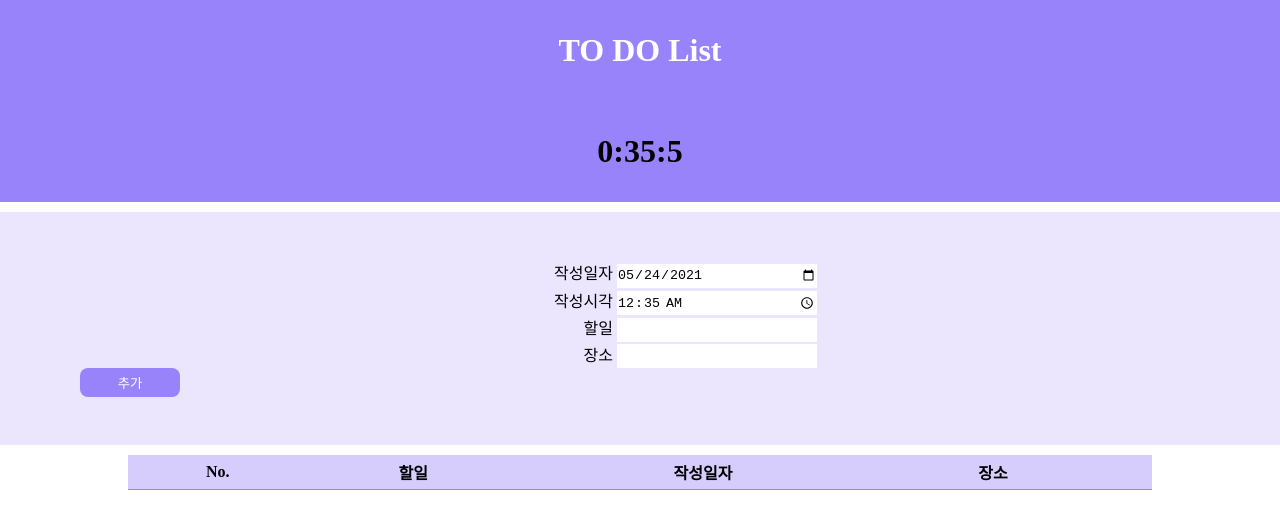
Repository: soyeon-noh/TodoList_Project
Page: http://localhost/Server_PR_TodoList/
An editor plug-in stored every save of this project. The page is shown before and after the next save, followed by the edit.
The browser window is 1280 px wide. The pictures show the whole page.
The page is served by Tomcat 9. Other server files are loaded and not shown. Queries for data that is not in the repository find no rows.

Above is the page before, as saved 2021-05-25 04:27:31.

### Server_PR_TodoList/src/main/webapp/WEB-INF/views/home.jsp
<%@ page language="java" contentType="text/html; charset=UTF-8"
    pageEncoding="UTF-8"%>
<%@ taglib uri="http://java.sun.com/jsp/jstl/core"
			prefix="c"%>
<c:set value="${pageContext.request.contextPath}"
		var="rootPath"/>
<!DOCTYPE html>
<html>
<head>
<meta charset="UTF-8">
<title>TODOList 메인화면</title>
<link href="${rootPath}/static/css/home.css?ver3" rel="stylesheet"/>

<style>

</style>


</head>
  <body>
  	<%@ include file="/WEB-INF/views/include_nav.jsp" %>
    <form class ="v1" method="POST">
    	<div>
    		<label for="date">작성일자</label>
    		<input name="td_date"
    				type="date" value="${TD.td_date}">
    	</div>

    	<div>
    		<label for="time">작성시각</label>
    		<input name="td_time"
    				type="time" value="${TD.td_time}">
    	</div>

    	<div>
    		<label for="todo">할일</label>
    		<input name="td_todo"
    				type="text" value="${TD.td_todo}">
    	</div>

    	<div>
    		<label for="place">장소</label>
    		<input name="td_place"
    				type="text" value="${TD.td_place}">
    	</div>
   		<button class="btn_insert">추가</button>
    </form>

    <table id="tdlist">
      <tr>
        <th>No.</th>
        <th>할일</th>
        <th>작성일자</th>
        <th>장소</th>
        <th></th>
      </tr>
      <c:forEach items="${TDLIST}" var="TD" varStatus="i">
        <tr>
          <td>${i.count}</td>
          <td>${TD.td_todo}</td>
          <td>${TD.td_date}</td>
          <td>${TD.td_place}</td>
          <td><button class="btn_update" data-seq="${TD.td_seq}" type="button">
          		수정</button>
          		<button class="btn_delete" data-seq="${TD.td_seq}" type="button">
          		삭제</button></td>
        </tr>
      </c:forEach>
    </table>
  </body>

  <script>
  // html 코드가 다 화면에 뜨고 나서 실행하라는 명렁
  // 아래 한 줄의 코드가 있어야 어디든디 script를 넣을 수 있다.
	document.addEventListener("DOMContentLoaded",function(){
		document.querySelector("table#tdlist")
		.addEventListener("click", function(ev){
			let className = ev.target.className

			if(className == "btn_delete"){

				let seq = ev.target.dataset.seq
				alert(seq + " 삭제가 완료되었습니다.");

				document
				.location
				.replace( "${rootPath}" +
						"/UD/delete?td_seq="
						+ seq )

			} else if(className == "btn_update"){

				let seq = ev.target.dataset.seq;

				document
				.location
				.href= "${rootPath}" +
						"/UD/update?td_seq="
						+ seq
			}

		})
	})
  </script>

</html>

### Server_PR_TodoList/src/main/webapp/WEB-INF/views/include_nav.jsp
<%@ page language="java" contentType="text/html; charset=UTF-8"
    pageEncoding="UTF-8"%>

<style>
	* {
		margin: 0;
		padding: 0;
		box-sizing: border-box;
	}

    h1.clock {
        color: black;
        text-align: center;
        background-color: rgba(153, 131, 250, 20);
        padding: 2rem;
    }

</style>
<h1>TO DO List</h1>
<h2 class="date"></h2>
<h1 class="clock"></h1>
<script>
	let date = document.querySelector(".date");

    function getDate(){
        const time = new Date();
        const year = time.getUTCFullYear();
        const month = time.getUTCMonth();
        const day = time.getUTCDay();
        date.textContent = year + "-" + month + "-" + day;
    }



	let clock = document.querySelector(".clock");

	function getTime() {
		  const time = new Date();
		  const hour = time.getHours();
		  const minutes = time.getMinutes();
		  const seconds = time.getSeconds();
		  clock.textContent = hour + ":" + minutes + ":" + seconds;


	}

	function init() {
	  setInterval(getTime, 1000);
	}

	init();
</script>

### Server_PR_TodoList/src/main/java/com/callor/todo/controller/HomeController.java
package com.callor.todo.controller;

import java.io.IOException;
import java.text.SimpleDateFormat;
import java.util.Date;
import java.util.List;

import javax.servlet.ServletException;
import javax.servlet.annotation.WebServlet;
import javax.servlet.http.HttpServlet;
import javax.servlet.http.HttpServletRequest;
import javax.servlet.http.HttpServletResponse;

import com.callor.todo.model.TodoListVO;
import com.callor.todo.service.TodoService;
import com.callor.todo.service.impl.TodoServiceImplV1;

@WebServlet("/")
public class HomeController extends HttpServlet{

	protected TodoService tdService;
	public HomeController() {
		tdService = new TodoServiceImplV1();
	}
	@Override
	protected void doGet(HttpServletRequest req, HttpServletResponse resp) throws ServletException, IOException {
		// TODO selectAll()
		List<TodoListVO> tdList = tdService.selectAll();
		req.setAttribute("TDLIST", tdList);

		// TODO insert()
		TodoListVO tdVO = new TodoListVO();

		// SimpleDateFormat : 날짜 및 시간을 형식화하고 구문 분석하는 메소드 제공
		SimpleDateFormat sd = new SimpleDateFormat("yyyy-MM-dd");
		SimpleDateFormat st = new SimpleDateFormat("HH:mm:ss");

		// 현재시간을 저장
		Date date = new Date(System.currentTimeMillis());

		// 현재 시간을 변환해 VO에 넣어준다
		tdVO.setTd_seq(0L);
		tdVO.setTd_date(sd.format(date));
		tdVO.setTd_time(st.format(date));

		req.setAttribute("TD", tdVO);

		// home.jsp 화면을 보여줘라
		RequestController.reqController(req, resp, "home");
	}
	@Override
	protected void doPost(HttpServletRequest req, HttpServletResponse resp) throws ServletException, IOException {
		// TODO insert()

		// 한글 인코딩 세팅
		req.setCharacterEncoding("UTF-8");

		// user가 입력한 data 확인
		String td_date = req.getParameter("td_date");
		String td_time = req.getParameter("td_time");
		String td_todo = req.getParameter("td_todo");
		String td_place = req.getParameter("td_place");

		TodoListVO tdVO = new TodoListVO();
		tdVO.setTd_date(td_date);
		tdVO.setTd_time(td_time);
		tdVO.setTd_todo(td_todo);
		tdVO.setTd_place(td_place);

		tdService.insert(tdVO);

		System.out.println("insert : " + tdVO);

		resp.sendRedirect("/todo");
	}

}

### Server_PR_TodoList/src/main/java/com/callor/todo/service/impl/TodoServiceImplV1.java
package com.callor.todo.service.impl;

import java.sql.Connection;
import java.sql.PreparedStatement;
import java.sql.ResultSet;
import java.sql.SQLException;
import java.util.ArrayList;
import java.util.List;

import com.callor.todo.config.DbInfo;
import com.callor.todo.config.MySQLConnection;
import com.callor.todo.model.TodoListVO;
import com.callor.todo.service.TodoService;

public class TodoServiceImplV1 implements TodoService{

	// 먼저 db와 연결
	protected Connection dbConn;

	public TodoServiceImplV1() {
		dbConn = MySQLConnection.getDBConnection();
	}


	protected List<TodoListVO> select(PreparedStatement pStr) throws SQLException{
		// TODO DB로부터 데이터를 받아와 List에 저장
		List<TodoListVO> tdList = new ArrayList<TodoListVO>();

		ResultSet rSet = pStr.executeQuery();
		while(rSet.next()) {
			TodoListVO tdVO = new TodoListVO();
			tdVO.setTd_seq(rSet.getLong(DbInfo.td_seq));
			tdVO.setTd_date(rSet.getString(DbInfo.td_date));
			tdVO.setTd_time(rSet.getString(DbInfo.td_time));
			tdVO.setTd_todo(rSet.getString(DbInfo.td_todo));
			tdVO.setTd_place(rSet.getString(DbInfo.td_place));
			tdList.add(tdVO);
		}

		// 데이터 확인
		System.out.println("select : " + tdList.toString());
		return tdList;
	}

	@Override
	public List<TodoListVO> selectAll() {
		// TODO List 전체 데이터 조회

		String sql = " SELECT * FROM tbl_todo_list ";
		sql += " ORDER BY td_date DESC, td_time DESC ";

		PreparedStatement pStr = null;

		try {
			pStr = dbConn.prepareStatement(sql);
			List<TodoListVO> tdList = this.select(pStr);
			pStr.close();

			System.out.println("selectAll : " + tdList.toString());
			return tdList;
		} catch (SQLException e) {
			// TODO Auto-generated catch block
			e.printStackTrace();
		}
		return null;
	}

	@Override
	public TodoListVO findById(Long seq) {
		// TODO 일련번호로 조회
		String sql = " SELECT * FROM tbl_todo_list ";
		sql += " WHERE td_seq = ? ";

		PreparedStatement pStr = null;

		try {
			pStr = dbConn.prepareStatement(sql);
			pStr.setLong(1, seq);

			List<TodoListVO> tdList = this.select(pStr);

			pStr.close();

			if(tdList != null && tdList.size() > 0) {
				return tdList.get(0);
			}


		} catch (SQLException e) {
			// TODO Auto-generated catch block
			e.printStackTrace();
		}
		return null;
	}

	@Override
	public List<TodoListVO> findByDate(String td_date) {
		// TODO 날짜로 조회
		String sql = " SELECT * FROM tbl_todo_list ";
		sql += " WHERE td_date = ? ";

		PreparedStatement pStr = null;

		try {
			pStr = dbConn.prepareStatement(sql);
			pStr.setString(1, td_date);

			List<TodoListVO> tdList = this.select(pStr);

			pStr.close();
			return tdList;

		} catch (SQLException e) {
			// TODO Auto-generated catch block
			e.printStackTrace();
		}
		return null;
	}

	@Override
	public List<TodoListVO> findByTodo(String td_todo) {
		// TODO 할일내용으로 조회
		return null;
	}

	@Override
	public List<TodoListVO> findByPlace(String td_place) {
		// TODO 장소로 조회
		return null;
	}

	@Override
	public Integer insert(TodoListVO tdVO) {
		// TODO 데이터 추가

		String sql = " INSERT INTO tbl_todo_list ";
		sql += " ( ";
		sql += " td_date, ";
		sql += " td_time, ";
		sql += " td_todo, ";
		sql += " td_place) ";
		sql += " VALUES( ?,?,?,? ) ";


		// SQL 구문을 실행시키는 객체
		PreparedStatement pStr = null;

		try {
			pStr = dbConn.prepareStatement(sql);
			pStr.setString(1, tdVO.getTd_date());
			pStr.setString(2, tdVO.getTd_time());
			pStr.setString(3, tdVO.getTd_todo());
			pStr.setString(4, tdVO.getTd_place());

			return pStr.executeUpdate();

		} catch (SQLException e) {
			// TODO Auto-generated catch block
			e.printStackTrace();
		}
		return null;
	}


	@Override
	public Integer update(TodoListVO tdVO) {
		// TODO 데이터 업데이트
		String sql = " UPDATE tbl_todo_list SET ";
		sql += " td_date = ?, ";
		sql += " td_time = ?, ";
		sql += " td_todo = ?, ";
		sql += " td_place = ? ";

		sql += " WHERE td_seq = ? ";

		PreparedStatement pStr = null;

		try {
			pStr = dbConn.prepareStatement(sql);
			pStr.setString(1, tdVO.getTd_date());
			pStr.setString(2, tdVO.getTd_time());
			pStr.setString(3, tdVO.getTd_todo());
			pStr.setString(4, tdVO.getTd_place());

			pStr.setLong(5, tdVO.getTd_seq());
			return pStr.executeUpdate();

		} catch (SQLException e) {
			// TODO Auto-generated catch block
			e.printStackTrace();
		}

		return null;
	}

	@Override
	public Integer delete(Long seq) {
		// TODO 데이터 삭제

		String sql = " DELETE FROM tbl_todo_list ";
		sql += "WHERE td_seq = ?";

		PreparedStatement pStr = null;

		try {
			pStr = dbConn.prepareStatement(sql);
			pStr.setLong(1, seq);
			return pStr.executeUpdate();

		} catch (SQLException e) {
			// TODO Auto-generated catch block
			e.printStackTrace();
		}
		return null;
	}
}

### Server_PR_TodoList/src/main/java/com/callor/todo/config/MySQLConnection.java
package com.callor.todo.config;

import java.sql.Connection;
import java.sql.DriverManager;
import java.sql.SQLException;

public class MySQLConnection {

	private static Connection dbConn;

	static {

		String jdbcDriver = "com.mysql.cj.jdbc.Driver";
		String url = "jdbc:mysql://localhost:3306/todolist";
		String username = "tdUser";
		String password = "12345";

		try {
			Class.forName(jdbcDriver);
			if(dbConn == null) {
				dbConn = DriverManager.getConnection(url, username, password);
			}
			System.out.println("MySQL 접속 성공!!");
		} catch (ClassNotFoundException e) {
			System.out.println("MySQL Driver 를 찾을 수 없음");
		} catch (SQLException e) {
			System.out.println("MySQL DBMS 연결 실패");
		}
	}

	public static Connection getDBConnection() {
		return dbConn;
	}

}

### Server_PR_TodoList/src/main/java/com/callor/todo/model/TodoListVO.java
package com.callor.todo.model;

import lombok.AllArgsConstructor;
import lombok.Getter;
import lombok.NoArgsConstructor;
import lombok.Setter;
import lombok.ToString;

@Getter
@Setter
@ToString
@NoArgsConstructor
@AllArgsConstructor
public class TodoListVO {

	private Long td_seq;	//BIGINT
    private String td_date;	//VARCHAR(20)
    private String td_time;	//VARCHAR(20)
	private String td_todo;	//VARCHAR(200)
    private String td_place;	//VARCHAR(125)
}

### Server_PR_TodoList/src/main/java/com/callor/todo/controller/RequestController.java
package com.callor.todo.controller;

import java.io.IOException;

import javax.servlet.ServletException;
import javax.servlet.http.HttpServlet;
import javax.servlet.http.HttpServletRequest;
import javax.servlet.http.HttpServletResponse;

public class RequestController extends HttpServlet{

	public static void reqController (HttpServletRequest req,
			HttpServletResponse resp, String file) throws ServletException, IOException {

		String root = "/WEB-INF/views/" + file + ".jsp";

		req.getRequestDispatcher(root)
		.forward(req, resp);


	}

}

### Server_PR_TodoList/src/main/webapp/static/css/home.css
@charset "UTF-8";

/* 여백 초기화 */
* {
	margin: 0;
	padding: 0;
	box-sizing: border-box;
}

h1 {
	color: white;
	text-align: center;
	background-color: rgba(153,131,250,1);
	padding: 2rem;

}

form.v1 {
	background-color: rgba(153,131,250,0.2);
	padding: 3rem 5rem 3rem 5rem;
	margin: 10px auto;
}

form.v1 div {
	text-align: center;
}

form.v1 div label{
	display: inline-block;

	width: 150px;
	text-align: right;
}

form.v1 input{
	width: 200px;
	border: 1px;
	height: 1.5rem;
}

form.v1 button{
		outline: 0;
		border: 0;
		width: 100px;
		color: white;
		padding: 5px;
		background-color: rgba(153,131,250,1);
		border-radius: 8px;

		margin :  0 auto;

}

table {
	border-collapse: collapse;
	width: 80%;
	margin: 10px auto;
}

td, th {
	border-bottom: 1px solid #9882FA;
	padding: 5px;
	text-align: center;
}

th {
	background-color: rgba(153,131,250,0.4);
}

After the next save:
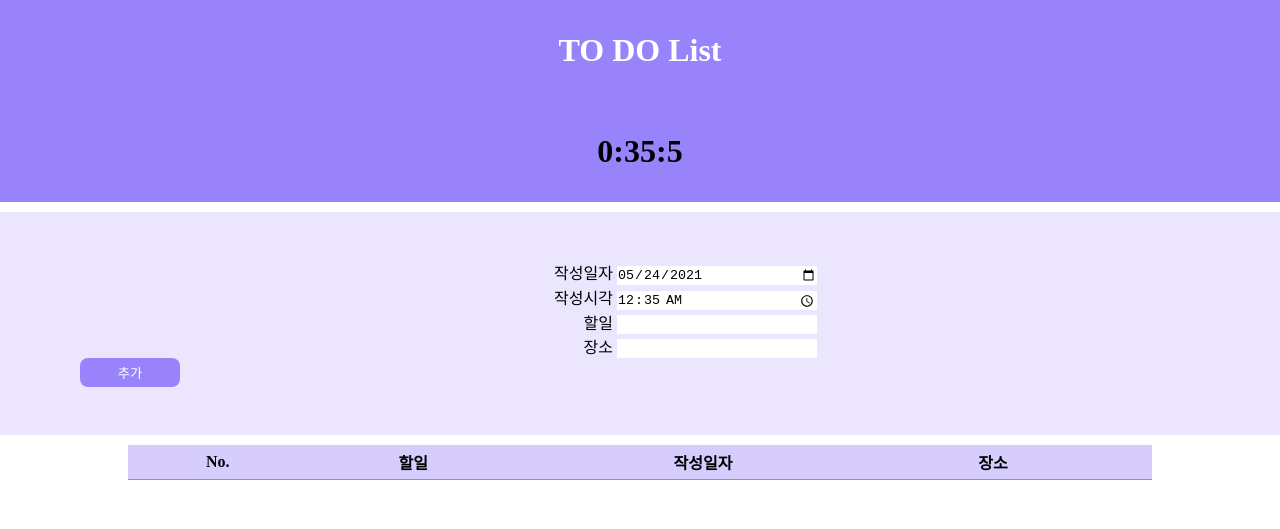
Saved 15 s later.
--- a/Server_PR_TodoList/src/main/webapp/static/css/home.css
+++ b/Server_PR_TodoList/src/main/webapp/static/css/home.css
@@ -35,7 +35,7 @@ form.v1 div label{
 form.v1 input{
 	width: 200px;
 	border: 1px;
-	height: 1.5rem;
+	height: 1.2rem;
 }
 
 form.v1 button{
